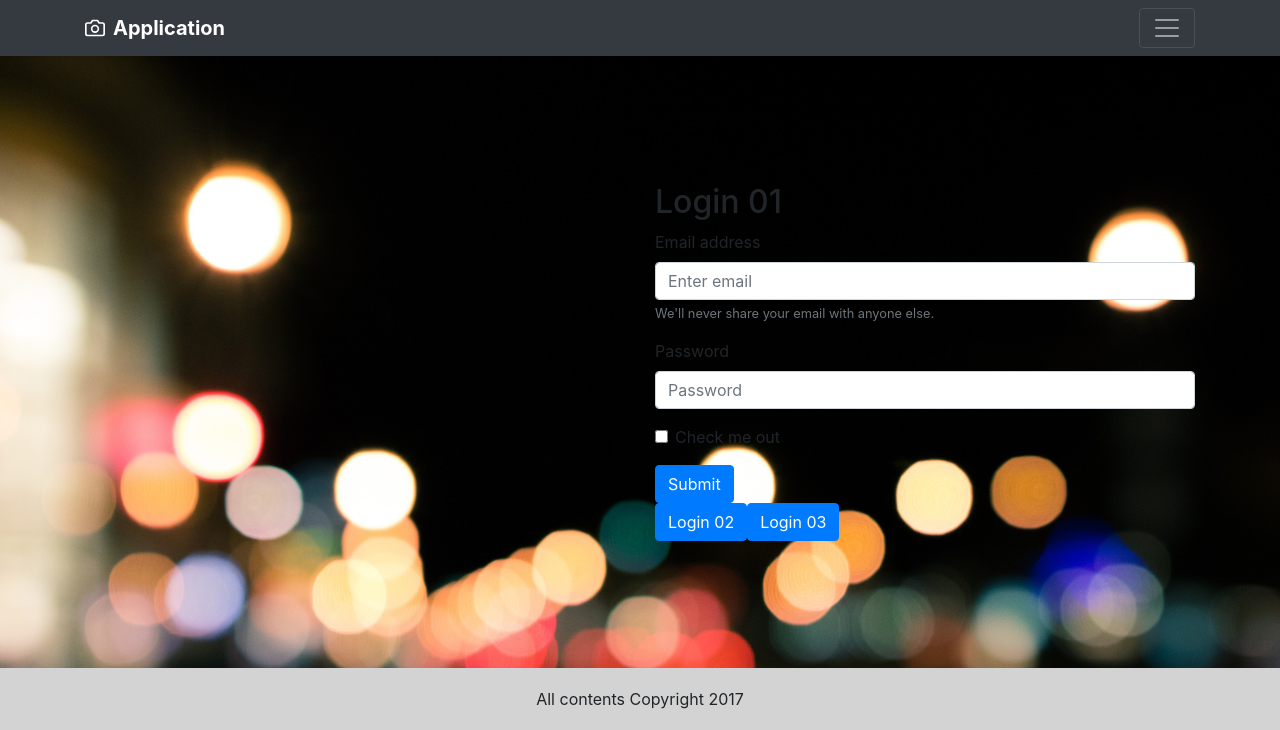
Repository: bijoysen/angular7-landing-login
Page: /
These files come from the project's save history. The page is drawn as it stood at one moment and after the next save; the edit follows.
The browser window is 1280 px wide. The pictures show the whole page.
The project was rebuilt for these pictures with package versions that can differ from the ones it lists, and the page was loaded fresh each time. Also part of the build but not shown: angular.json, src/app/pre/landing/landing.component.ts, src/app/pre/login-two/login-two.component.ts, src/app/pre/login-three/login-three.component.ts.

Above is the page before, as saved 2018-12-17 19:28:16.

After the next save:
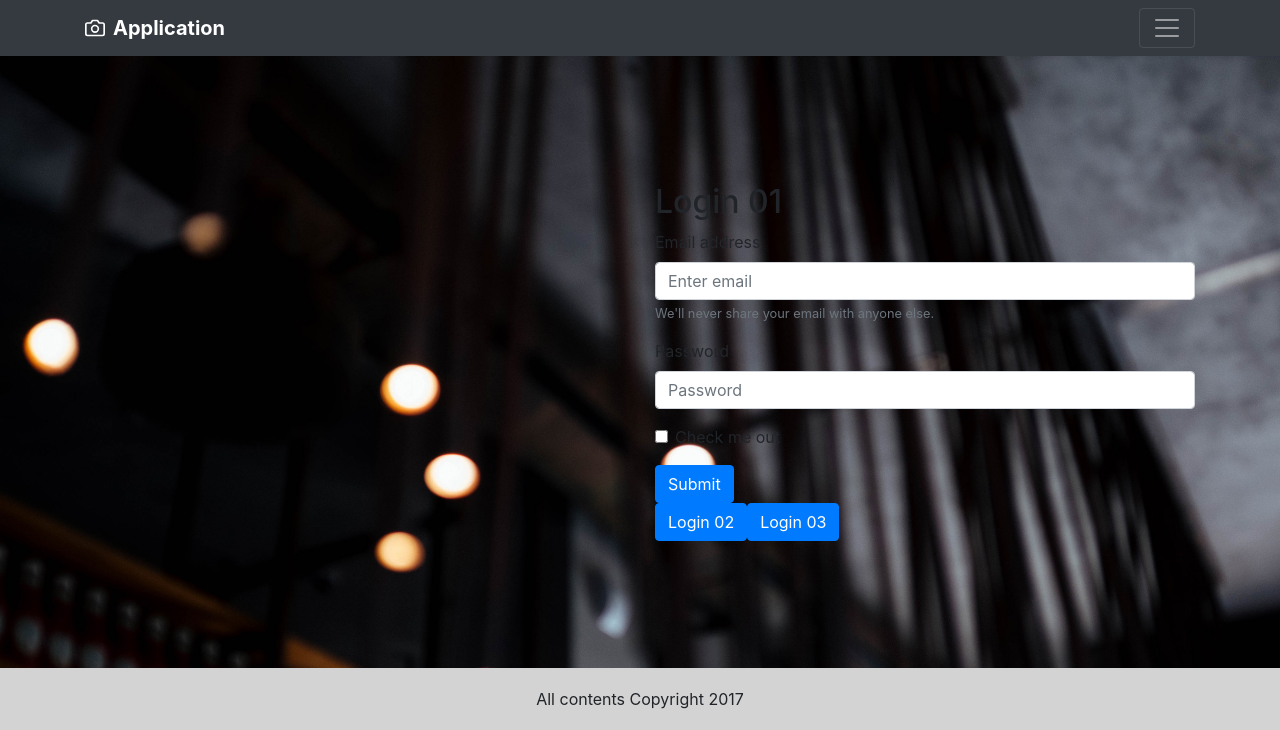
Saved 6 s later.
--- a/src/app/pre/login-one/login-one.component.html
+++ b/src/app/pre/login-one/login-one.component.html
@@ -1,5 +1,5 @@
 <!-- Common Part Start -->
-<section class="pageContent" style="background-image: url('assets/images/02.jpg')">
+<section class="pageContent" style="background-image: url('assets/images/03.jpg')">
 	<div class="container">
 		<div class="row align-items-center">
 			<div class="col-md-6"></div>
